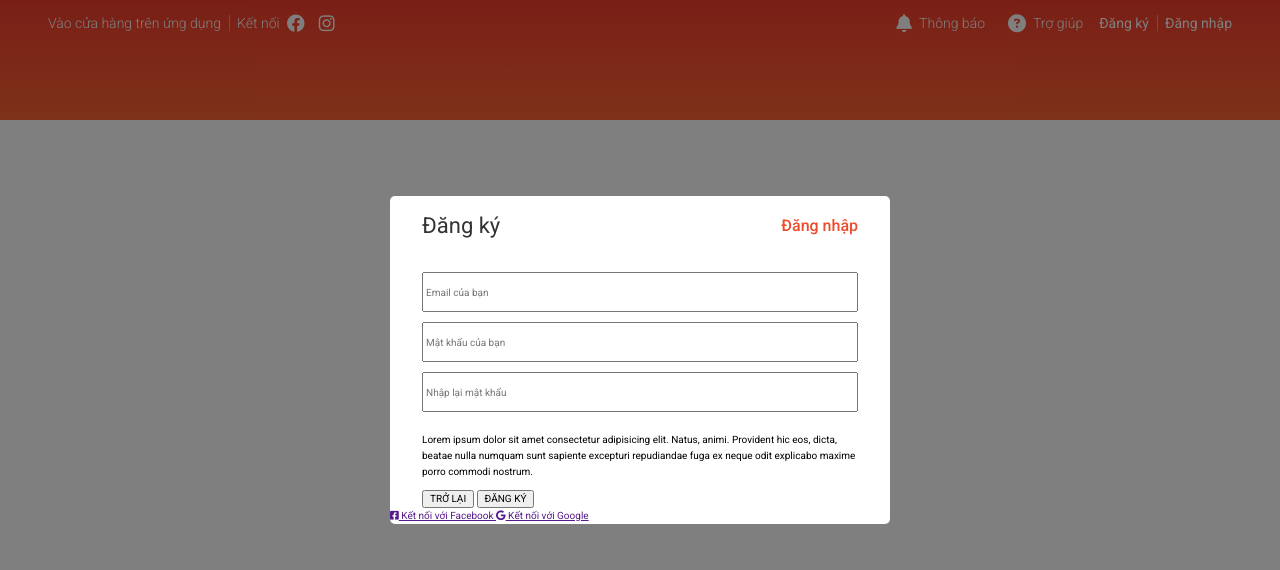
Repository: dptuyen1/F8-Tutorial
Page: index.html
An editor plug-in stored every save of this project. The page is shown before and after the next save, followed by the edit.
The browser window is 1280 px wide. The pictures show the whole page.

Above is the page before, as saved 2023-05-08 17:02:33.

### index.html
<!DOCTYPE html>
<html lang="en">
  <head>
    <meta charset="UTF-8" />
    <meta http-equiv="X-UA-Compatible" content="IE=edge" />
    <meta name="viewport" content="width=device-width, initial-scale=1.0" />
    <title>Document</title>
    <link
      rel="stylesheet"
      href="https://cdnjs.cloudflare.com/ajax/libs/normalize/8.0.1/normalize.min.css"
      integrity="sha512-NhSC1YmyruXifcj/KFRWoC561YpHpc5Jtzgvbuzx5VozKpWvQ+4nXhPdFgmx8xqexRcpAglTj9sIBWINXa8x5w=="
      crossorigin="anonymous"
      referrerpolicy="no-referrer"
    />
    <link rel="stylesheet" href="assets/css/base.css" />
    <link rel="stylesheet" href="assets/css/main.css" />
    <link
      rel="stylesheet"
      href="assets/fonts/fontawesome-free-6.4.0-web/css/all.min.css"
    />
    <link rel="preconnect" href="https://fonts.googleapis.com" />
    <link rel="preconnect" href="https://fonts.gstatic.com" crossorigin />
    <link
      href="https://fonts.googleapis.com/css2?family=Roboto:wght@300;400;500;700&display=swap"
      rel="stylesheet"
    />
  </head>

  <body>
    <div class="app">
      <header class="header">
        <div class="grid">
          <nav class="header__navbar">
            <ul class="header__navbar-list">
              <li
                class="header__navbar-item header__navbar-item-has-qr header__navbar-item-separate"
              >
                Vào cửa hàng trên ứng dụng
                <div class="header__qr">
                  <img
                    src="assets/img/qr_code.png"
                    alt="QR Cođe"
                    class="header__qr-img"
                  />
                  <div class="header__qr-apps">
                    <a href="" class="header__qr-link">
                      <img
                        src="assets/img/google_play.png"
                        alt="Google Play"
                        class="header__qr-download-img"
                      />
                    </a>
                    <a href="" class="header__qr-link">
                      <img
                        src="assets/img/app_store.png"
                        alt="App Store"
                        class="header__qr-download-img"
                      />
                    </a>
                  </div>
                </div>
              </li>
              <li class="header__navbar-item">
                <span class="header__navbar-title-no-pointer">Kết nối</span>
                <a href="" class="header__navbar-icon-link">
                  <i class="header__navbar-icon fa-brands fa-facebook"></i>
                </a>
                <a href="" class="header__navbar-icon-link">
                  <i class="header__navbar-icon fa-brands fa-instagram"></i>
                </a>
              </li>
            </ul>
            <ul class="header__navbar-list">
              <li class="header__navbar-item header__navbar-item--has-notify">
                <a href="" class="header__navbar-item-link">
                  <a href="" class="header__navbar-icon-link">
                    <i class="header__navbar-icon fa-solid fa-bell"></i> </a
                  >Thông báo
                </a>
                <div class="header__notify">
                  <header class="header__notify-header">
                    <h3>Thông báo mới nhận</h3>
                  </header>
                  <ul class="header__notify-list">
                    <li class="header__notify-item">
                      <a href="" class="header_notify-link">
                        <img
                          src="assets/img/comestic.jpg"
                          alt=""
                          class="header__notify-img"
                        />
                        <div class="header__notify-info">
                          <span class="header_notify-name"
                            >Mỹ phẩm Ohui chính hãng</span
                          >
                          <span class="header__notify-description"
                            >Mô tả mỹ tả Ohui chính hãng</span
                          >
                        </div>
                      </a>
                    </li>
                    <li class="header__notify-item header__notify-item--read">
                      <a href="" class="header_notify-link">
                        <img
                          src="assets/img/comestic.jpg"
                          alt=""
                          class="header__notify-img"
                        />
                        <div class="header__notify-info">
                          <span class="header_notify-name"
                            >Mỹ phẩm Ohui chính hãng</span
                          >
                          <span class="header__notify-description"
                            >Mô tả mỹ tả Ohui chính hãng</span
                          >
                        </div>
                      </a>
                    </li>
                    <li class="header__notify-item">
                      <a href="" class="header_notify-link">
                        <img
                          src="assets/img/comestic.jpg"
                          alt=""
                          class="header__notify-img"
                        />
                        <div class="header__notify-info">
                          <span class="header_notify-name"
                            >Mỹ phẩm Ohui chính hãng</span
                          >
                          <span class="header__notify-description"
                            >Mô tả mỹ tả Ohui chính hãng</span
                          >
                        </div>
                      </a>
                    </li>
                  </ul>
                  <footer class="header__notify-footer">
                    <a href="" class="header__notify-footer-btn">Xem tất cả</a>
                  </footer>
                </div>
              </li>
              <li class="header__navbar-item">
                <a href="" class="header__navbar-item-link">
                  <a href="" class="header__navbar-icon-link">
                    <i
                      class="header__navbar-icon fa-solid fa-circle-question"
                    ></i></a
                  >Trợ giúp
                </a>
              </li>
              <li
                class="header__navbar-item header__navbar-item-bold header__navbar-item-separate"
              >
                Đăng ký
              </li>
              <li class="header__navbar-item header__navbar-item-bold">
                Đăng nhập
              </li>
            </ul>
          </nav>
        </div>
      </header>

      <div class="container"></div>

      <footer class="footer"></footer>
    </div>

    <!-- Modal layout -->
    <div class="modal">
      <div class="modal__overlay"></div>
      <div class="modal__body">
        <div class="modal__inner"></div>

        <!-- Authenticated Form -->
        <form class="auth-form">
          <div class="auth-form__container">
            <div class="auth-form__header">
              <h3 class="auth_form__heading">Đăng ký</h3>
              <span class="auth_form__switch-btn">Đăng nhập</span>
            </div>
            <div class="auth-form__form">
              <div class="auth-form__group">
                <input
                  type="text"
                  class="auth-form__input"
                  placeholder="Email của bạn"
                />
              </div>
              <div class="auth-form__group">
                <input
                  type="password"
                  class="auth-form__input"
                  placeholder="Mật khẩu của bạn"
                />
              </div>
              <div class="auth-form__group">
                <input
                  type="password"
                  class="auth-form__input"
                  placeholder="Nhập lại mật khẩu"
                />
              </div>
            </div>
            <div class="auth-form__aside">
              <p>
                Lorem ipsum dolor sit amet consectetur adipisicing elit. Natus,
                animi. Provident hic eos, dicta, beatae nulla numquam sunt
                sapiente excepturi repudiandae fuga ex neque odit explicabo
                maxime porro commodi nostrum.
              </p>
            </div>
            <div class="auth-form_controls">
              <button class="btn">TRỞ LẠI</button>
              <button class="btn btn--primary">ĐĂNG KÝ</button>
            </div>
          </div>

          <div class="auth-form_socials">
            <a href="" class="btn btn--with-icon">
              <i class="fa-brands fa-square-facebook"></i>
              Kết nối với Facebook
            </a>
            <a href="" class="btn btn--with-icon">
              <i class="fa-brands fa-google"></i>
              Kết nối với Google
            </a>
          </div>
        </form>
      </div>
    </div>
  </body>
</html>

### assets/css/base.css
:root {
  --primary-color: #ee4d2d;
  --white-color: #fff;
  --black-color: #000;
  --text-color: #333;
}

* {
  box-sizing: inherit;
}

html {
  font-size: 62.5%;
  line-height: 1.6rem;
  font-family: "Roboto", sans-serif;
  box-sizing: border-box;
}

.grid {
  width: 1200px;
  max-width: 100%;
  /* căn giữa */
  margin: 0 auto;
}

.grid__full-width {
  width: 100%;
}

.grid__row {
  display: flex;
  flex-wrap: wrap;
}

/* Modal */
.modal {
  position: fixed;
  top: 0;
  right: 0;
  bottom: 0;
  left: 0;
  display: flex;
}

.modal__overlay {
  position: absolute;
  width: 100%;
  height: 100%;
  background-color: rgba(0, 0, 0, 0.5);
}

.modal__body {
  background-color: var(--white-color);
  margin: auto;
  position: relative;
  z-index: 1;
  border-radius: 5px;
}

.modal__inner {
}

/* Animation */
@keyframes fadeIn {
  from {
    opacity: 0;
  }

  to {
    opacity: 1;
  }
}

@keyframes notifyGrowth {
  from {
    opacity: 0;
    transform: scale(0);
  }

  to {
    opacity: 1;
    transform: scale(1);
  }
}

### assets/css/main.css
.header {
  height: 120px;
  background-image: linear-gradient(0, #fe6433, #f53e2d);
}

.header__navbar {
  display: flex;
  justify-content: space-between;
}

.header__navbar-list {
  list-style: none;
  padding-left: 0;
}

.header__navbar-item {
  margin: 0 8px;
  position: relative;
  min-height: 26px;
}

.header__navbar-item-has-qr:hover .header__qr {
  display: block;
}

.header__navbar-item,
.header__navbar-item-link {
  display: inline-block;
  font-size: 1.4rem;
  color: var(--white-color);
  text-decoration: none;
  font-weight: 300;
}

.header__navbar-list,
.header__navbar-item,
.header__navbar-item-link,
.header__navbar-icon-link {
  display: inline-flex;
  align-items: center;
}

.header__navbar-item:hover,
.header__navbar-item-link:hover,
.header__navbar-icon-link:hover {
  color: rgba(255, 255, 255, 0.5);
  cursor: pointer;
}

.header__navbar-item--has-notify:hover .header__notify {
  display: block;
}

.header__navbar-item-bold {
  font-weight: 400;
}

.header__navbar-item-separate::after {
  content: "";
  display: block;
  position: absolute;
  border-left: 1px solid #fb9086;
  height: 16px;
  right: -9px;
  top: 50%;
  transform: translateY(-50%);
}

.header__navbar-icon-link {
  color: var(--white-color);
  text-decoration: none;
}

.header__navbar-icon {
  font-size: 1.8rem;
  margin: 0 7px;
}

.header__navbar-title-no-pointer {
  cursor: text;
  color: var(--white-color);
}

/* Header QR Code  */
.header__qr {
  width: 185px;
  background-color: var(--white-color);
  position: absolute;
  left: 0;
  /* cao bằng thẻ chứa nó */
  top: 150%;
  padding: 8px;
  border-radius: 2px;
  display: none;
  animation: fadeIn ease-in 0.5s;
}

.header__qr::before {
  content: "";
  display: block;
  position: absolute;
  width: 100%;
  height: 20px;
  left: 0;
  top: -20px;
}

.header__qr-img {
  width: 100%;
}

.header__qr-apps {
  display: flex;
  justify-content: space-between;
}

.header__qr-link:first-child {
  margin-left: 11px;
}

.header__qr-link:last-child {
  margin-right: 11px;
}

.header__qr-download-img {
  height: 15px;
}

/* Header notification */

.header__notify {
  position: absolute;
  top: 150%;
  right: 0;
  width: 405px;
  background-color: var(--white-color);
  border: 1px solid #d3d3d3;
  border-radius: 2px;
  cursor: default;
  transform-origin: top right;
  display: none;
  animation: notifyGrowth ease-in 0.5s;
}

.header__notify::before {
  content: "";
  border-width: 20px 30px;
  border-style: solid;
  border-color: transparent transparent var(--white-color) transparent;
  position: absolute;
  right: 0;
  top: -30px;
}

.header__notify::after {
  content: "";
  display: block;
  position: absolute;
  right: 0;
  top: -20px;
  width: 100%;
  height: 20px;
}

.header__notify-header {
  height: 40px;
  background-color: var(--white-color);
}

.header__notify-header h3 {
  color: #999;
  margin: 0 0 0 12px;
  font-weight: 400;
  font-size: 1.4rem;
  line-height: 40px;
}

.header__notify-list {
  padding-left: 0;
}

.header__notify-item {
  display: flex;
}

.header__notify-item:hover {
  background-color: #f7f7f7;
}

.header__notify-item--read {
  background-color: rgba(238, 77, 45, 0.2);
}

.header_notify-link {
  width: 100%;
  display: flex;
  padding: 12px;
  text-decoration: none;
}

.header__notify-img {
  width: 50px;
  object-fit: contain;
}

.header__notify-info {
  margin-left: 12px;
}

.header_notify-name {
  display: block;
  font-size: 1.4rem;
  color: var(--black-color);
  font-weight: 400;
}

.header__notify-description {
  display: block;
  font-size: 1.2rem;
  line-height: 2rem;
  color: #756f6e;
  margin-top: 10px;
}

.header__notify-footer {
  display: flex;
}

.header__notify-footer-btn {
  text-decoration: none;
  color: var(--text-color);
  margin: 0 auto;
  padding: 10px;
  font-size: 1.4rem;
  font-weight: 400;
}

/* Authenticated modal */
.auth-form {
  width: 500px;
}

.auth-form__container {
  padding: 0 32px;
}

.auth-form__header {
  display: flex;
  align-items: center;
  justify-content: space-between;
}

.auth_form__heading {
  font-size: 2.2rem;
  font-weight: 400;
  color: var(--text-color);
}

.auth_form__switch-btn {
  font-size: 1.6rem;
  color: var(--primary-color);
  font-weight: 500;
  cursor: pointer;
}

.auth-form__form {
  margin-top: 16px;
}

.auth-form__group {
}

.auth-form__input {
  width: 100%;
  height: 40px;
  margin-bottom: 10px;
}

.auth-form__aside {
}

.auth-form_controls {
}

.btn {
}

.btn--primary {
}

.auth-form_socials {
}

.btn--with-icon {
}

.fa-brands {
}

.fa-square-facebook {
}

.fa-google {
}

Loaded but not shown: assets/fonts/fontawesome-free-6.4.0-web/css/all.min.css (library)

After the next save:
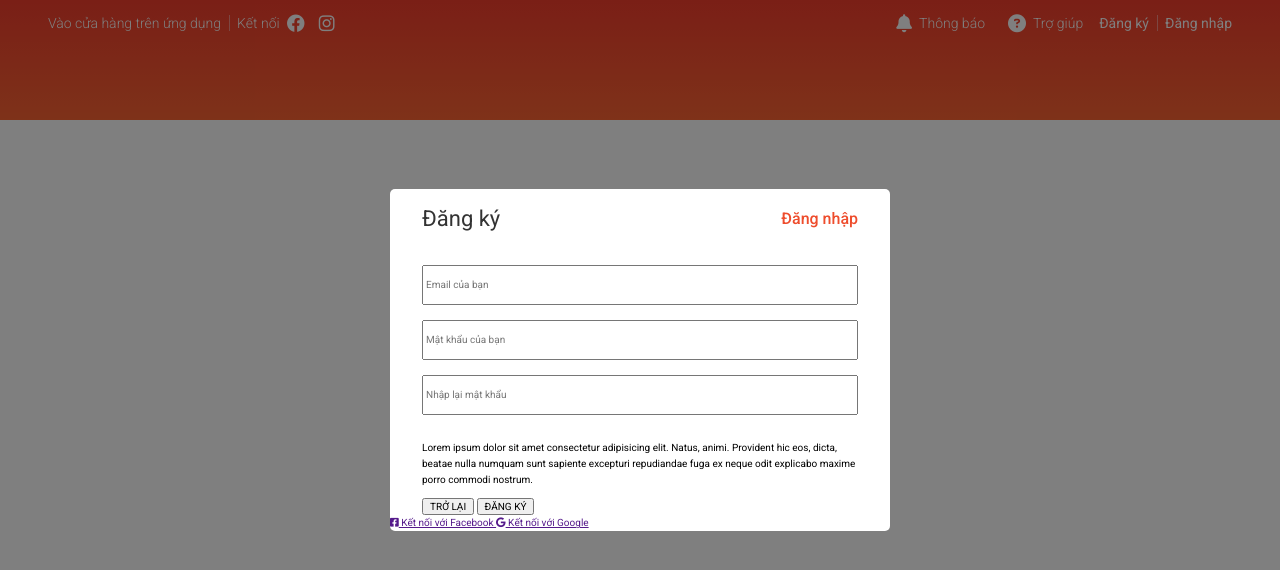
Saved 11 s later.
--- a/assets/css/main.css
+++ b/assets/css/main.css
@@ -273,7 +273,7 @@
 .auth-form__input {
   width: 100%;
   height: 40px;
-  margin-bottom: 10px;
+  margin-bottom: 15px;
 }
 
 .auth-form__aside {
